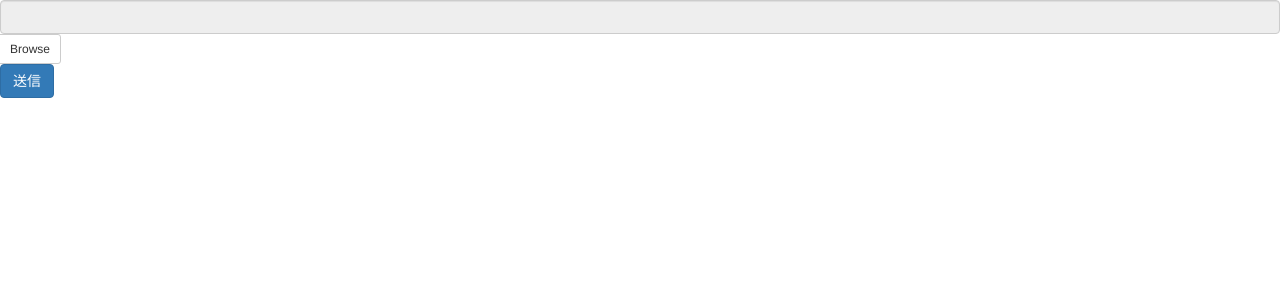
Repository: h1dia/bmscore
Page: index.html
The author's editor kept a record of every edit. The page is drawn from the files as they stood at one moment, then again after the next edit.
The browser window is 1280 px wide. The pictures show the whole page.
Some web libraries are served in a nearby version.

Above is the page before.

### index.html
<!DOCTYPE html>
<html lang="ja">
  <head>
    <meta charset="utf-8">
    <meta http-equiv="X-UA-Compatible" content="IE=edge">
    <meta name="viewport" content="width=device-width, initial-scale=1">
    <!-- The above 3 meta tags *must* come first in the head; any other head content must come *after* these tags -->
    <title>Index</title>

    <!-- Bootstrap -->
    <link href="css/bootstrap.min.css" rel="stylesheet">
    <link href="css/bootstrap.css" rel="stylesheet">

    <!-- HTML5 shim and Respond.js for IE8 support of HTML5 elements and media queries -->
    <!-- WARNING: Respond.js doesn't work if you view the page via file:// -->
    <!--[if lt IE 9]>
      <script src="https://oss.maxcdn.com/html5shiv/3.7.2/html5shiv.min.js"></script>
      <script src="https://oss.maxcdn.com/respond/1.4.2/respond.min.js"></script>
    <![endif]-->

  </head>

  <form action="javascript:;">
    <input id="lefile" type="file" style="display:none">
      <div class="input-append">
        <input id="photoCover" class="form-control" type="text" readonly>
         <span class="input-group-btn">
           <button class="btn btn-default btn-sm" onclick="$('input[id=lefile]').click();">Browse</button>
          </span>
      </div>

    <input type="submit" class="btn btn-primary" id="update" value="送信" />
  </form>

    <!-- jQuery (necessary for Bootstrap's JavaScript plugins) -->
    <script src="//ajax.googleapis.com/ajax/libs/jquery/2.1.3/jquery.min.js"></script>
    <!-- Include all compiled plugins (below), or include individual files as needed -->
    <script src="js/bootstrap.min.js"></script>

    <body>
      <script>
      $('input[id=lefile]').change(function() {
        $('#photoCover').val($(this).val());
      });

      $(function(){
          $("#update").bind("click", function(){
            $("#loading").html("<img src='./pic/loader.gif'/>");

            // FormData オブジェクトを作成
            var fd = new FormData();

            // テキストデータおよびアップロードファイルが設定されていれば追加
            if ( $("#lefile").val() !== '' ) {
              fd.append( "file", $("#lefile").prop("files")[0] );
            }

            // dataにFormDataを指定する場合 processData,contentTypeをfalseにしてjQueryがdataを処理しないようにする
            var postData = {
              type : "POST",
              dataType : "text",
              data : fd,
              processData : false,
              contentType : false
            };

            // ajax送信
            $.ajax( "./upload.php", postData ).done(function( text ){
              $("#loading").empty();
              $("p.text").append(text);
            });

          });
        });
        </script>

        <p class="text"></p>

    </body>
</html>

Loaded but not shown: css/bootstrap.min.css (library); css/bootstrap.css (library); js/bootstrap.min.js (library)

After the next edit:
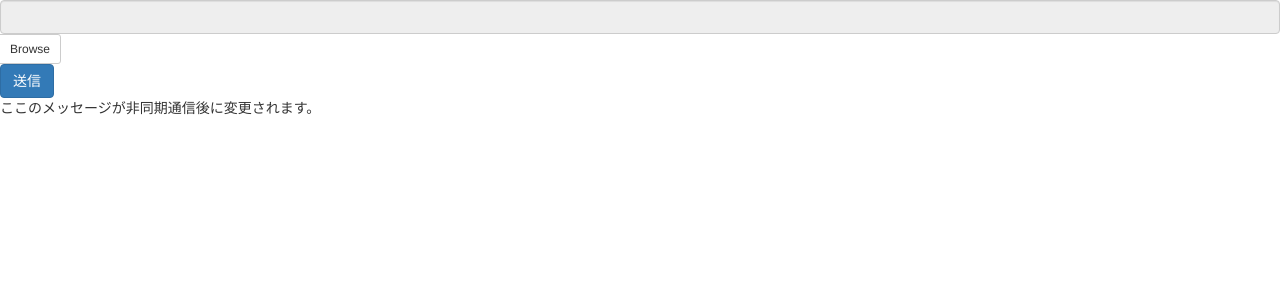
The edit:
--- a/index.html
+++ b/index.html
@@ -74,6 +74,7 @@
         });
         </script>
 
+        <p id="loading">ここのメッセージが非同期通信後に変更されます。</p>
         <p class="text"></p>
 
     </body>
